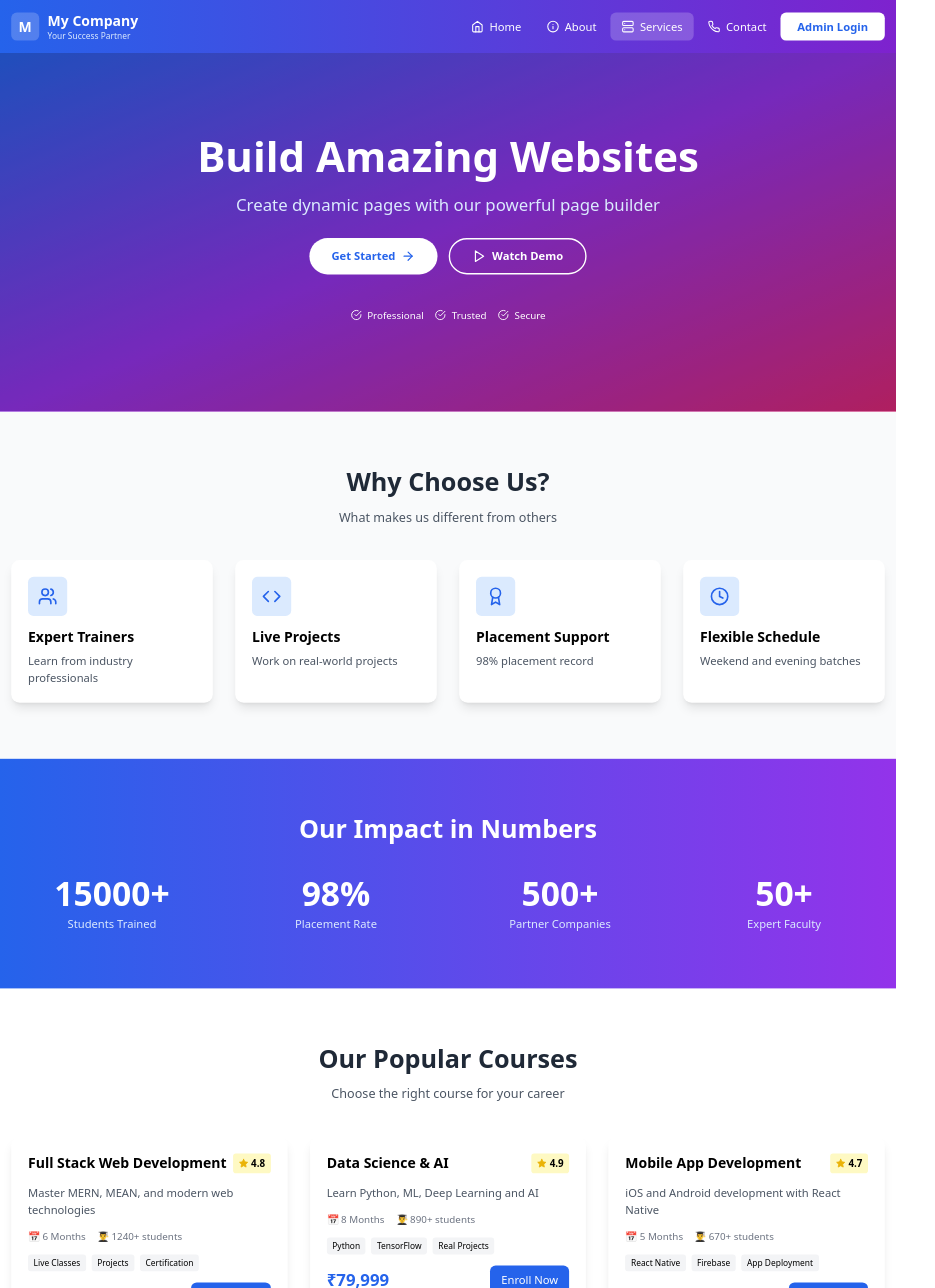
Repository: azoratech1/Webiste-Builder-
Page: /services (app in frontend/)
An editor plug-in stored every save of this project. The page is shown before and after a run of saves, followed by the edit.
The browser window is 1280 px wide. The page is 1336 px wide, so the pictures cover 1336 px, including what lies to the right of the window. The pictures show the part of the page from y = 0 to 1840 px (the page is 3565 px tall), at 70% of full size.
The page's requests for data from a server got no answer. The project was rebuilt for these pictures with package versions that can differ from the ones it lists, and the page was loaded fresh each time. No one was signed in, and anything a server would have sent is missing. Also part of the build but not shown: frontend/vite.config.js, frontend/src/components/PrivateRoute.jsx, frontend/src/pages/Login.jsx, frontend/src/components/website/WebsiteSelector.jsx, frontend/src/components/AdminLayout.jsx, frontend/src/pages/admin/Dashboard.jsx, frontend/src/pages/admin/PagesManager.jsx, frontend/src/pages/admin/PageEditor.jsx and 6 more.

Above is the page before, as saved 2026-05-07 16:38:26.

### frontend/index.html
<!DOCTYPE html>
<html lang="en">
  <head>
    <meta charset="UTF-8" />
    <meta name="viewport" content="width=device-width, initial-scale=1.0" />
    <title>React + Vite + Tailwind</title>
  </head>
  <body>
    <div id="root"></div>
    <script type="module" src="/src/main.jsx"></script>
  </body>
</html>

### frontend/src/App.jsx
import React from 'react';
import { BrowserRouter, Routes, Route, Navigate } from 'react-router-dom';
import { AuthProvider } from './context/AuthContext';
import PrivateRoute from './components/PrivateRoute';
import Login from './pages/Login';
import AdminLayout from './components/AdminLayout';
import Dashboard from './pages/admin/Dashboard';
import PagesManager from './pages/admin/PagesManager';
import PageEditor from './pages/admin/PageEditor';
import MediaManager from './pages/admin/MediaManager';
import CompanySettings from './pages/admin/CompanySettings';
import HomepageEditor from './components/admin/HomepageEditor';
import WebsiteView from './pages/WebsiteView';

function App() {
  return (
    <AuthProvider>
      <BrowserRouter>
        <Routes>
          {/* Public Routes */}
          <Route path="/login" element={<Login />} />
          {/* <Route path="/" element={<WebsiteView />} />
          <Route path="/:slug" element={<WebsiteView />} /> */}
          <Route
  path="/:websiteSlug"
  element={<WebsiteView />}
/>

<Route
  path="/:websiteSlug/:pageSlug"
  element={<WebsiteView />}
/>
          {/* Admin Routes */}
          <Route path="/admin" element={<PrivateRoute><AdminLayout /></PrivateRoute>}>
            <Route index element={<Navigate to="dashboard" />} />
            <Route path="dashboard" element={<Dashboard />} />
            <Route path="pages" element={<PagesManager />} />
            <Route path="pages/:id" element={<PageEditor />} />
            <Route path="media" element={<MediaManager />} />
            <Route path="settings" element={<CompanySettings />} />
            <Route path="homepage" element={<HomepageEditor />} />
          </Route>
        </Routes>
      </BrowserRouter>
    </AuthProvider>
  );
}

export default App;

### frontend/src/index.css
@tailwind base;
@tailwind components;
@tailwind utilities;

@layer base {
  body {
    @apply antialiased;
  }
}

@layer components {
  .container {
    @apply max-w-7xl mx-auto;
  }
}

@layer utilities {
  .scrollbar-hide::-webkit-scrollbar {
    display: none;
  }

  .scrollbar-hide {
    -ms-overflow-style: none;
    scrollbar-width: none;
  }
}

### frontend/src/context/AuthContext.jsx
import React, { createContext, useState, useContext, useEffect } from 'react';
import api from '../services/api';

const AuthContext = createContext();

export const useAuth = () => useContext(AuthContext);

export const AuthProvider = ({ children }) => {
  const [user, setUser] = useState(null);
  const [loading, setLoading] = useState(true);

  useEffect(() => {
    const token = localStorage.getItem('token');
    if (token) {
      fetchUser();
    } else {
      setLoading(false);
    }
  }, []);

  const fetchUser = async () => {
    try {
      const response = await api.get('/auth/me');
      setUser(response.data.data);
    } catch (error) {
      localStorage.removeItem('token');
    } finally {
      setLoading(false);
    }
  };

  const login = async (email, password) => {
    const response = await api.post('/auth/login', { email, password });
    const { token, user } = response.data.data;
    localStorage.setItem('token', token);
    setUser(user);
    return user;
  };

  const logout = () => {
    localStorage.removeItem('token');
    setUser(null);
  };

  return (
    <AuthContext.Provider value={{ user, login, logout, loading }}>
      {children}
    </AuthContext.Provider>
  );
};

### frontend/src/pages/WebsiteView.jsx
import React from 'react';
import { useParams } from 'react-router-dom';

import WebsiteNavbar from '../components/WebsiteNavbar';
import Footer from '../components/WebsiteFooter';

import DynamicHomePage from './DynamicHomePage';
import AboutPage from './AboutPage';
import ContactPage from './ContactPage';
import ServicesPage from './ServicePage';

const WebsiteView = () => {

  const {
    websiteSlug,
    pageSlug = 'home'
  } = useParams();

  // Render correct page
  const renderPage = () => {

    switch (pageSlug) {

      case 'home':
        return <DynamicHomePage />;

      case 'about':
        return <AboutPage />;

      case 'contact':
        return <ContactPage />;

      case 'services':
        return <ServicesPage />;

      default:

        return (
          <div className="flex items-center justify-center min-h-[60vh]">

            <div className="text-center">

              <h1 className="text-4xl font-bold text-gray-800 mb-4">
                404
              </h1>

              <p className="text-gray-600 text-lg">
                Page Not Found
              </p>

            </div>

          </div>
        );
    }
  };

  return (

    <div className="min-h-screen flex flex-col">

      <WebsiteNavbar />

      <main className="flex-grow">

        {renderPage()}

      </main>

      <Footer />

    </div>
  );
};

export default WebsiteView;

### frontend/src/components/WebsiteNavbar.jsx
import React, { useState, useEffect } from 'react';
import {
  Link,
  useLocation,
  useNavigate,
  useParams
} from 'react-router-dom';
import { Menu, X, ChevronDown, Home, Info, Phone, Server, User, Settings, LogOut } from 'lucide-react';
import { motion, AnimatePresence } from 'framer-motion';
import api from '../services/api';

const WebsiteNavbar = () => {
  const { websiteSlug } = useParams();
  const [isOpen, setIsOpen] = useState(false);
  const [scrolled, setScrolled] = useState(false);
  const [pages, setPages] = useState([]);
  const [showDropdown, setShowDropdown] = useState(false);
  const [isLoggedIn, setIsLoggedIn] = useState(false);
  const [user, setUser] = useState(null);
  const [companyInfo, setCompanyInfo] = useState({
    name: 'My Company',
    logo: null,
    tagline: 'Your Success Partner'
  });
  const location = useLocation();
  const navigate = useNavigate();

  useEffect(() => {
    fetchPages();
    fetchCompanyInfo();
    checkAuth();
    handleScroll();
    window.addEventListener('scroll', handleScroll);
    return () => window.removeEventListener('scroll', handleScroll);
  }, []);

  const fetchPages = async () => {
    try {
      const response = await api.get('/pages');
      // Filter pages that are active and should show in navigation
      const activePages = response.data.data.filter(page => page.is_active && page.show_in_nav);
      // Sort by order_position
      activePages.sort((a, b) => (a.order_position || 0) - (b.order_position || 0));
      setPages(activePages);
    } catch (error) {
      console.error('Error fetching pages:', error);
      // Fallback pages
      setPages([
        { id: 1, name: 'Home', slug: 'home' },
        { id: 2, name: 'About', slug: 'about' },
        { id: 3, name: 'Services', slug: 'services' },
        { id: 4, name: 'Contact', slug: 'contact' }
      ]);
    }
  };

  const fetchCompanyInfo = async () => {
    try {
      const response = await api.get('/settings/company');
      if (response.data.success) {
        setCompanyInfo(response.data.data);
      }
    } catch (error) {
      console.log('Using default company info');
    }
  };

  const checkAuth = () => {
    const token = localStorage.getItem('token');
    if (token) {
      setIsLoggedIn(true);
      fetchUserInfo();
    }
  };

  const fetchUserInfo = async () => {
    try {
      const response = await api.get('/auth/me');
      if (response.data.success) {
        setUser(response.data.data);
      }
    } catch (error) {
      console.error('Error fetching user info:', error);
    }
  };

  const handleScroll = () => {
    setScrolled(window.scrollY > 50);
  };

  const handleLogout = () => {
    localStorage.removeItem('token');
    setIsLoggedIn(false);
    setUser(null);
    navigate('/');
    window.location.reload();
  };

  const getPageIcon = (slug) => {
    const icons = {
      home: <Home size={18} />,
      about: <Info size={18} />,
      contact: <Phone size={18} />,
      services: <Server size={18} />
    };
    return icons[slug] || <Home size={18} />;
  };

  const isActive = (path) => {
    if (path === '/' && location.pathname === '/') return true;
    if (path !== '/' && location.pathname === `/${path}`) return true;
    return false;
  };

  // Build navigation links from database pages
  const navLinks = pages.map(page => ({
    name: page.name,
    slug: page.slug,
    path: page.slug === 'home' ? '/' : `/${page.slug}`
  }));

  return (
    <>
      <nav className={`fixed top-0 w-full z-50 transition-all duration-300 ${
        scrolled
          ? 'bg-white shadow-lg py-2'
          : 'bg-gradient-to-r from-blue-600 to-purple-700 py-4'
      }`}>
        <div className="container mx-auto px-4">
          <div className="flex justify-between items-center">
            {/* Logo and Company Name */}
            <Link to="/" className="flex items-center space-x-3 group cursor-pointer">
              {companyInfo.logo ? (
                <img src={companyInfo.logo} alt={companyInfo.name} className="h-10 w-auto object-contain" />
              ) : (
                <div className={`w-10 h-10 rounded-lg flex items-center justify-center ${
                  scrolled ? 'bg-blue-600' : 'bg-white bg-opacity-20'
                }`}>
                  <span className="text-xl font-bold text-white">{companyInfo.name?.charAt(0) || 'M'}</span>
                </div>
              )}
              <div>
                <h1 className={`font-bold text-xl ${scrolled ? 'text-gray-800' : 'text-white'}`}>
                  {companyInfo.name}
                </h1>
                {!scrolled && companyInfo.tagline && (
                  <p className="text-xs text-blue-100">{companyInfo.tagline}</p>
                )}
              </div>
            </Link>

            {/* Desktop Menu */}
            <div className="hidden md:flex items-center space-x-1">
              {navLinks.map((link) => (
                <Link
                  key={link.slug}
                  to={link.path}
                  className={`px-4 py-2 rounded-lg transition-all duration-300 flex items-center gap-2 ${
                    isActive(link.slug === 'home' ? '' : link.slug)
                      ? scrolled
                        ? 'bg-blue-600 text-white'
                        : 'bg-white bg-opacity-20 text-white'
                      : scrolled
                        ? 'text-gray-700 hover:bg-gray-100'
                        : 'text-white hover:bg-white hover:bg-opacity-10'
                  }`}
                >
                  {getPageIcon(link.slug)}
                  {link.name}
                </Link>
              ))}

              {/* Admin Dropdown */}
              {isLoggedIn ? (
                <div className="relative ml-2">
                  <button
                    onClick={() => setShowDropdown(!showDropdown)}
                    className={`px-4 py-2 rounded-lg transition-all duration-300 flex items-center gap-2 ${
                      scrolled ? 'text-gray-700 hover:bg-gray-100' : 'text-white hover:bg-white hover:bg-opacity-10'
                    }`}
                  >
                    <User size={18} />
                    {user?.username || 'Account'}
                    <ChevronDown size={14} />
                  </button>

                  {showDropdown && (
                    <div className="absolute right-0 mt-2 w-48 bg-white rounded-lg shadow-lg py-2 z-50">
                      <Link to="/admin/dashboard" className="block px-4 py-2 text-gray-700 hover:bg-gray-100" onClick={() => setShowDropdown(false)}>
                        Admin Panel
                      </Link>
                      <button onClick={handleLogout} className="w-full text-left px-4 py-2 text-red-600 hover:bg-gray-100">
                        Logout
                      </button>
                    </div>
                  )}
                </div>
              ) : (
                <Link to="/login" className={`ml-4 px-6 py-2 rounded-lg transition-all duration-300 font-semibold ${
                  scrolled ? 'bg-blue-600 text-white hover:bg-blue-700' : 'bg-white text-blue-600 hover:bg-gray-100'
                }`}>
                  Admin Login
                </Link>
              )}
            </div>

            {/* Mobile Menu Button */}
            <button onClick={() => setIsOpen(!isOpen)} className={`md:hidden p-2 rounded-lg transition ${scrolled ? 'text-gray-800' : 'text-white'}`}>
              {isOpen ? <X size={24} /> : <Menu size={24} />}
            </button>
          </div>
        </div>

        {/* Mobile Menu */}
        <AnimatePresence>
          {isOpen && (
            <motion.div
              initial={{ opacity: 0, height: 0 }}
              animate={{ opacity: 1, height: 'auto' }}
              exit={{ opacity: 0, height: 0 }}
              className="md:hidden bg-white shadow-lg overflow-hidden"
            >
              <div className="container mx-auto px-4 py-4">
                {navLinks.map((link) => (
                  <Link
                    key={link.slug}
                    to={link.path}
                    onClick={() => setIsOpen(false)}
                    className={`block px-4 py-3 rounded-lg transition flex items-center gap-3 ${
                      isActive(link.slug === 'home' ? '' : link.slug)
                        ? 'bg-blue-600 text-white'
                        : 'text-gray-700 hover:bg-gray-100'
                    }`}
                  >
                    {getPageIcon(link.slug)}
                    {link.name}
                  </Link>
                ))}
                {isLoggedIn ? (
                  <>
                    <Link to="/admin/dashboard" onClick={() => setIsOpen(false)} className="block px-4 py-3 text-gray-700 hover:bg-gray-100 rounded-lg">
                      Admin Panel
                    </Link>
                    <button onClick={() => { handleLogout(); setIsOpen(false); }} className="w-full mt-2 px-4 py-3 bg-red-600 text-white rounded-lg hover:bg-red-700">
                      Logout
                    </button>
                  </>
                ) : (
                  <Link to="/login" onClick={() => setIsOpen(false)} className="block mt-2 px-4 py-3 bg-blue-600 text-white rounded-lg text-center">
                    Admin Login
                  </Link>
                )}
              </div>
            </motion.div>
          )}
        </AnimatePresence>
      </nav>
      <div className="h-16"></div>
    </>
  );
};

export default WebsiteNavbar;

### frontend/src/components/WebsiteFooter.jsx
import React, { useState, useEffect } from 'react';
import { Link } from 'react-router-dom';
import { Facebook, Twitter, Linkedin, Instagram, Mail, Phone, MapPin, Globe } from 'lucide-react';
import api from '../services/api';

const Footer = () => {
  const [companyInfo, setCompanyInfo] = useState({
    name: 'ABC Technologies',
    logo: null,
    tagline: 'Your Success Partner',
    email: 'info@example.com',
    phone: '+1 (555) 123-4567',
    address: '123 Business Street, Tech City',
    website: 'www.example.com',
    socialMedia: {}
  });
  const [pages, setPages] = useState([]);

  useEffect(() => {
    fetchCompanyInfo();
    fetchPages();
  }, []);

  const fetchCompanyInfo = async () => {
    try {
      const response = await api.get('/settings/company');
      if (response.data.success) {
        setCompanyInfo(response.data.data);
      }
    } catch (error) {
      console.error('Error fetching company info:', error);
    }
  };

  const fetchPages = async () => {
    try {
      const response = await api.get('/pages');
      const activePages = response.data.data.filter(page => page.is_active);
      setPages(activePages);
    } catch (error) {
      console.error('Error fetching pages:', error);
    }
  };

  return (
    <footer className="bg-gray-900 text-white pt-12 pb-6">
      <div className="container mx-auto px-4">
        <div className="grid grid-cols-1 md:grid-cols-4 gap-8 mb-8">
          {/* Company Info */}
          <div>
            <div className="flex items-center gap-2 mb-4">
              {companyInfo.logo ? (
                <img src={companyInfo.logo} alt={companyInfo.name} className="h-10 w-auto" />
              ) : (
                <div className="w-10 h-10 bg-blue-600 rounded-lg flex items-center justify-center">
                  <span className="font-bold text-xl">A</span>
                </div>
              )}
              <h3 className="text-xl font-bold">{companyInfo.name}</h3>
            </div>
            <p className="text-gray-400 text-sm mb-4">{companyInfo.tagline}</p>
            <div className="space-y-2 text-sm text-gray-400">
              <p className="flex items-center gap-2">
                <Mail size={14} /> {companyInfo.email}
              </p>
              <p className="flex items-center gap-2">
                <Phone size={14} /> {companyInfo.phone}
              </p>
              <p className="flex items-center gap-2">
                <MapPin size={14} /> {companyInfo.address}
              </p>
            </div>
          </div>

          {/* Quick Links */}
          <div>
            <h4 className="text-lg font-semibold mb-4">Quick Links</h4>
            <ul className="space-y-2">
              {pages.map((page) => (
                <li key={page.id}>
                  <Link
                    to={`/${page.slug}`}
                    className="text-gray-400 hover:text-white transition"
                  >
                    {page.name}
                  </Link>
                </li>
              ))}
            </ul>
          </div>

          {/* Services */}
          <div>
            <h4 className="text-lg font-semibold mb-4">Our Services</h4>
            <ul className="space-y-2 text-gray-400">
              <li>Web Development</li>
              <li>Mobile Apps</li>
              <li>Cloud Solutions</li>
              <li>Digital Marketing</li>
            </ul>
          </div>

          {/* Newsletter */}
          <div>
            <h4 className="text-lg font-semibold mb-4">Newsletter</h4>
            <p className="text-gray-400 text-sm mb-3">
              Subscribe to get updates about our courses and offers.
            </p>
            <div className="flex">
              <input
                type="email"
                placeholder="Your email"
                className="flex-1 px-3 py-2 rounded-l-lg text-gray-800"
              />
              <button className="bg-blue-600 px-4 py-2 rounded-r-lg hover:bg-blue-700 transition">
                Subscribe
              </button>
            </div>
            <div className="flex gap-3 mt-4">
              {companyInfo.socialMedia?.facebook && (
                <a href={companyInfo.socialMedia.facebook} target="_blank" rel="noopener noreferrer"
                   className="w-8 h-8 bg-gray-800 rounded-full flex items-center justify-center hover:bg-blue-600 transition">
                  <Facebook size={16} />
                </a>
              )}
              {companyInfo.socialMedia?.twitter && (
                <a href={companyInfo.socialMedia.twitter} target="_blank" rel="noopener noreferrer"
                   className="w-8 h-8 bg-gray-800 rounded-full flex items-center justify-center hover:bg-blue-600 transition">
                  <Twitter size={16} />
                </a>
              )}
              {companyInfo.socialMedia?.linkedin && (
                <a href={companyInfo.socialMedia.linkedin} target="_blank" rel="noopener noreferrer"
                   className="w-8 h-8 bg-gray-800 rounded-full flex items-center justify-center hover:bg-blue-600 transition">
                  <Linkedin size={16} />
                </a>
              )}
              {companyInfo.socialMedia?.instagram && (
                <a href={companyInfo.socialMedia.instagram} target="_blank" rel="noopener noreferrer"
                   className="w-8 h-8 bg-gray-800 rounded-full flex items-center justify-center hover:bg-blue-600 transition">
                  <Instagram size={16} />
                </a>
              )}
            </div>
          </div>
        </div>

        <div className="border-t border-gray-800 pt-6 text-center text-gray-400 text-sm">
          <p>&copy; {new Date().getFullYear()} {companyInfo.name}. All rights reserved.</p>
        </div>
      </div>
    </footer>
  );
};

export default Footer;

Loaded but not shown: frontend/src/main.jsx (common file); frontend/src/services/api.js (561 lines, source omitted); frontend/tailwind.config.js (39 lines, source omitted); frontend/src/pages/DynamicHomePage.jsx (444 lines, source omitted)

After the next 2 saves:
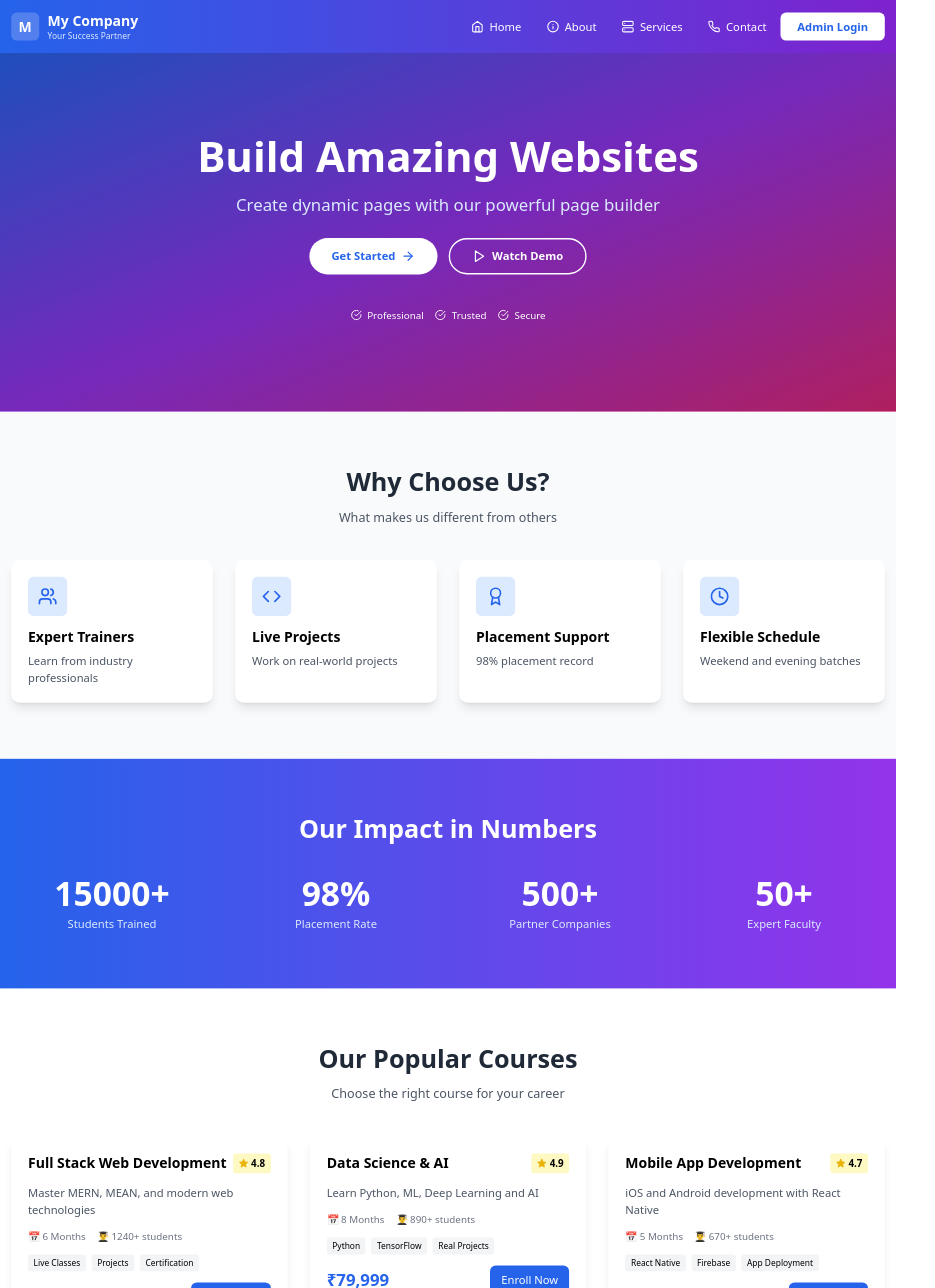
The 2 saves are shown as one change because they came seconds apart.
The last was saved 18 s later.
--- a/frontend/src/components/WebsiteNavbar.jsx
+++ b/frontend/src/components/WebsiteNavbar.jsx
@@ -106,12 +106,24 @@ const WebsiteNavbar = () => {
     return icons[slug] || <Home size={18} />;
   };
 
-  const isActive = (path) => {
-    if (path === '/' && location.pathname === '/') return true;
-    if (path !== '/' && location.pathname === `/${path}`) return true;
-    return false;
-  };
-
+  // const isActive = (path) => {
+  //   if (path === '/' && location.pathname === '/') return true;
+  //   if (path !== '/' && location.pathname === `/${path}`) return true;
+  //   return false;
+  // };
+const isActive = (slug) => {
+
+  const currentPath =
+    location.pathname;
+
+  if (slug === 'home') {
+
+    return currentPath === `/${websiteSlug}`;
+  }
+
+  return currentPath ===
+    `/${websiteSlug}/${slug}`;
+};
   // Build navigation links from database pages
   const navLinks = pages.map(page => ({
     name: page.name,
